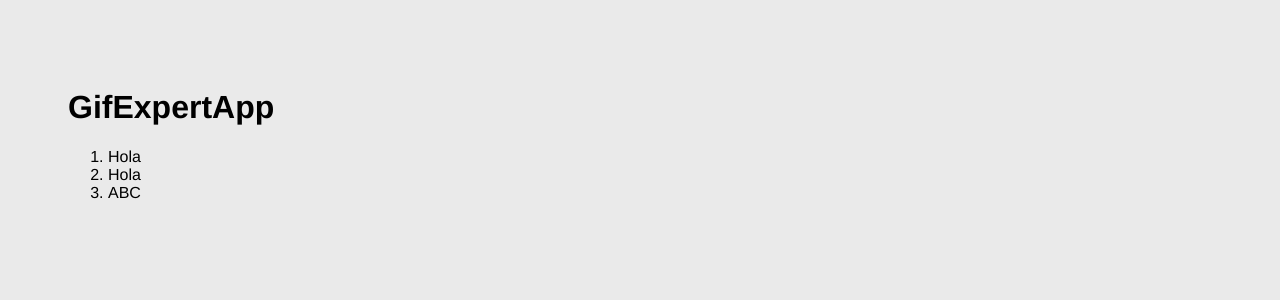
Repository: bryanesteban/gif-expert-app
Page: /
An editor plug-in stored every save of this project. The page is shown before and after the next save, followed by the edit.
The browser window is 1280 px wide. The pictures show the whole page.
The project was rebuilt for these pictures with package versions that can differ from the ones it lists, and the page was loaded fresh each time. Also part of the build but not shown: vite.config.js.

Above is the page before, as saved 2024-06-11 21:30:37.

After the next save:
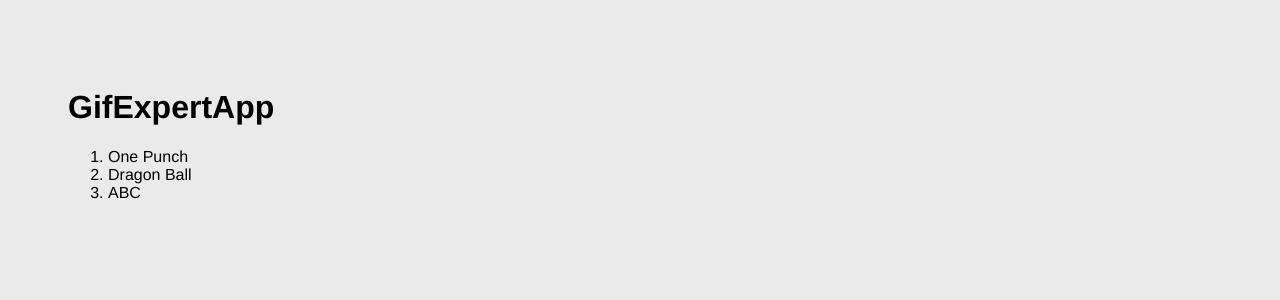
Saved 29 s later.
--- a/src/GifExpertApp.jsx
+++ b/src/GifExpertApp.jsx
@@ -18,7 +18,7 @@ export const GifExpertApp = () => {
     {/*Listado de gif */}
     <ol>
         { categories.map( category => {
-                return <li key={category}>Hola </li>
+                return <li key={category}>{category} </li>
         }) }
         <li>ABC</li>
 
